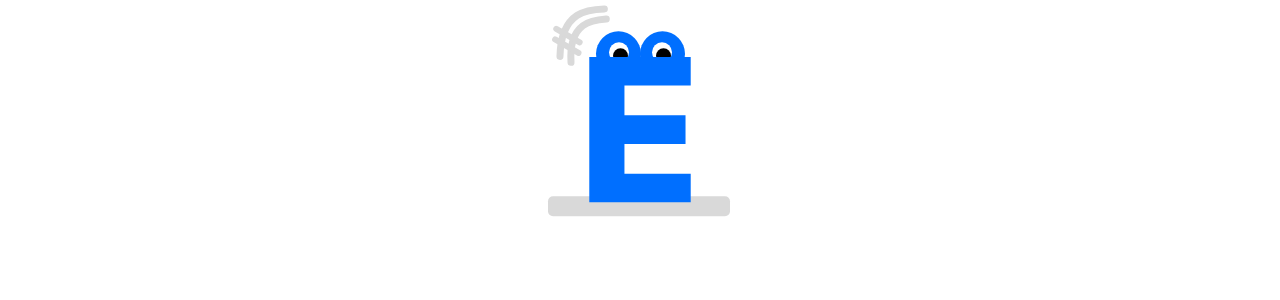
Repository: TeamCosine/Front
Page: /Loading
These files come from the project's save history. The page is drawn as it stood at one moment and after the next save; the edit follows.
The browser window is 1280 px wide. The pictures show the whole page.
The project was rebuilt for these pictures with package versions that can differ from the ones it lists, and the page was loaded fresh each time. Also part of the build but not shown: src/components/home/Card.js, src/components/common/Sidebar.js, src/pages/Home.js, src/pages/Profile.js, src/pages/Login.js, src/components/MyInfo/Card.js, src/pages/MyInfo.js, src/pages/Write.js and 14 more.

Above is the page before, as saved 2023-08-03 13:45:42.

### src/App.js
import React from 'react';
import './App.css';

import {BrowserRouter, Routes, Route} from 'react-router-dom';
import Home from './pages/Home';
import Profile from './pages/Profile';
import Login from './pages/Login';
import MyInfo from './pages/MyInfo';
import Write from './pages/Write';
import Qna from './pages/Qna';
import Invite from './pages/Invite';
import Sidebar from './components/common/Sidebar';
import BoardFree from './pages/BoardFree';
import BoardInfo from './pages/BoardInfo';
import BoardNotice from './pages/BoardNotice';
import BoardTeam from './pages/BoardTeam';
import Loading from './pages/Loading';


function App() {
  return (
    <BrowserRouter>

    <div className="App">
      <Routes>
        <Route path = "/" element={<Login/>}/>
        <Route path = "/profile" element={<Profile/>}/>
        <Route path = "/myinfo" element = {<MyInfo/>} />
        <Route path = "/Write" element = {<Write/>} />
        <Route path = "/Qna" element={<Qna/>}/>
        <Route path = "/home" element = {< Home/>}/>
        <Route path = "/invite" element={<Invite/>}/>
        <Route path = "/sidebar" element={<Sidebar/>} />
        <Route path = '/BoardFree' element={<BoardFree/>} />
        <Route path = '/BoardInfo' element={<BoardInfo/>} />
        <Route path = '/BoardNotice' element={<BoardNotice/>} />
        <Route path = '/BoardTeam' element={<BoardTeam/>} />
        <Route path = '/Loading' element={<Loading/>} />

      </Routes>
    </div>
    </BrowserRouter>
  );
}

export default App;

### src/pages/Loading.js
import React from "react";
import styled from "styled-components";
import {ReactComponent as Main} from "../assets/common/Mainicon.svg";

const Loading = () =>{
    const Logo = styled(Main)`

    `;

    return (
        <>
        <Logo />
        </>

    )

}

export default Loading;

Loaded but not shown: public/index.html (common file); src/index.js (common file); src/index.css (common file); src/reportWebVitals.js (common file); src/App.css (common file)

After the next save:
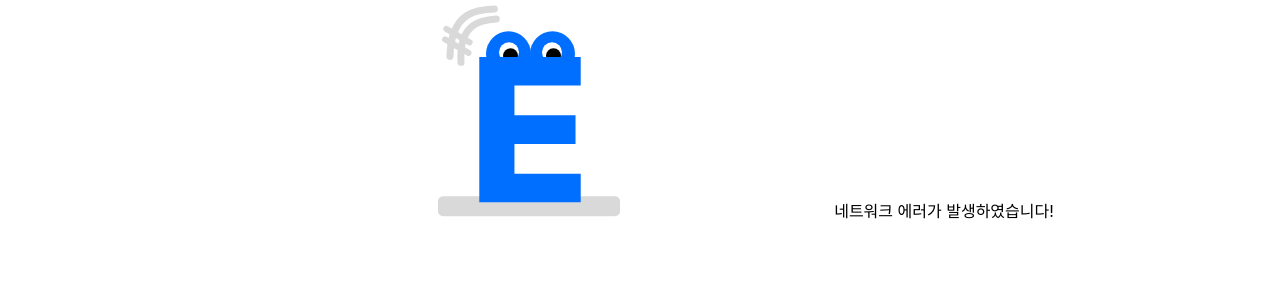
Saved 33 s later.
--- a/src/pages/Loading.js
+++ b/src/pages/Loading.js
@@ -10,6 +10,7 @@
     return (
         <>
         <Logo />
+        네트워크 에러가 발생하였습니다!
         </>
 
     )
